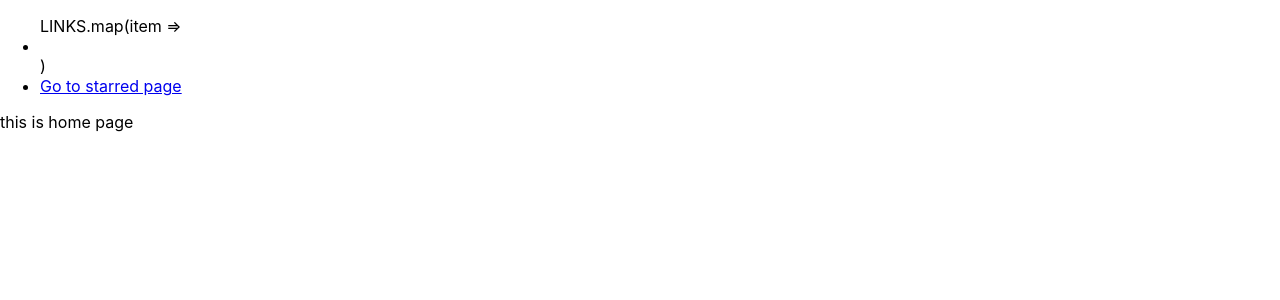
Repository: Hrishabhsinghai/box-office
Page: /
The author's editor kept a copy of each file at every save. The page is drawn from the files as they stood at one save, then again after the next save.
The browser window is 1280 px wide. The pictures show the whole page.
The project was rebuilt for these pictures with package versions that can differ from the ones it lists, and the page was loaded fresh each time. A package was used in the major version that the imports need, not the one package.json lists.

Above is the page before, as saved 2022-06-28 11:33:03.

### src/App.js
import React from 'react';
import { Switch, Route } from 'react-router-dom';
import Navs from './components/Navs';
function App() {
  return (
    <div>
      <Navs />

      <Switch>
        <Route exact path="/">
          this is home page
        </Route>

        <Route exact path="/starred">
          this is starred
        </Route>
        <Route>This is 404 page</Route>
      </Switch>
    </div>
  );
}

export default App;

### src/components/Navs.js
import React from 'react';
import { Link } from 'react-router-dom';

const LINKS = [
  { to: '/', text: 'Home' },
  { to: '/starred', text: 'Starred' },
];

const Navs = () => {
  return (
    <div>
      <ul>
        LINKS.map(item => <li></li>)
        <li>
          <Link to="/starred">Go to starred page</Link>
        </li>
      </ul>
    </div>
  );
};

export default Navs;

Loaded but not shown: public/index.html (common file); src/index.js (common file); src/index.css (common file); src/reportWebVitals.js (common file)

After the next save:
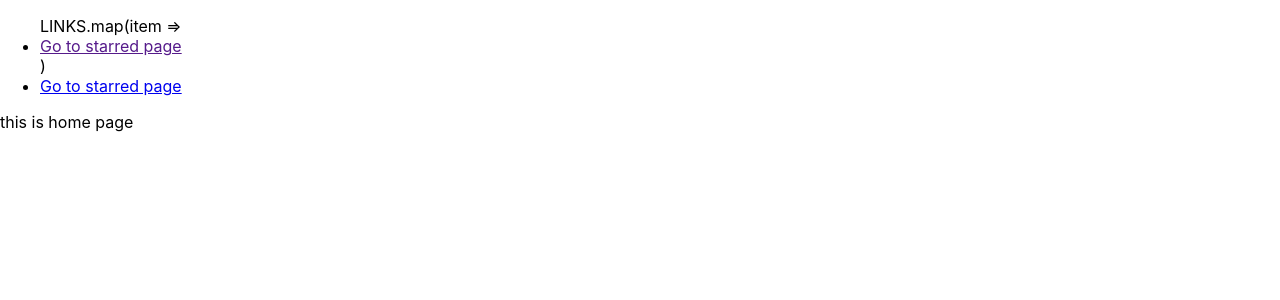
Saved 58 s later.
--- a/src/components/Navs.js
+++ b/src/components/Navs.js
@@ -10,7 +10,11 @@ const Navs = () => {
   return (
     <div>
       <ul>
-        LINKS.map(item => <li></li>)
+        LINKS.map(item =>{' '}
+        <li>
+          <Link to={ClipboardItem.to}>Go to starred page</Link>
+        </li>
+        )
         <li>
           <Link to="/starred">Go to starred page</Link>
         </li>
